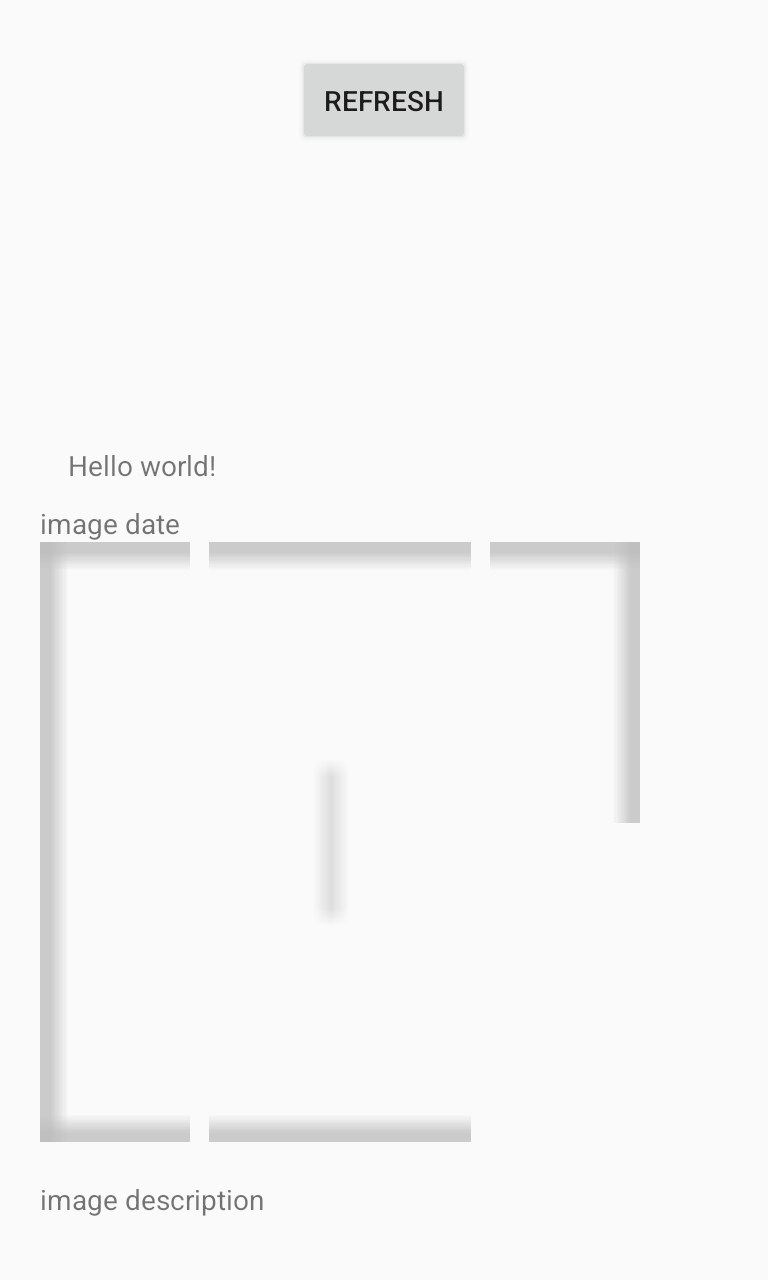
Repository: BaichaoLi/android
Layout: Nasa_E/res/layout/activity_main.xml
The author's editor kept a copy of each file at every save. The layout is drawn from the files as they stood at one save, then again after the next save.
It is drawn on a 768 x 1280 px phone screen (xhdpi) without system bars, with theme AppTheme; the app's code is not run.

Above is the layout before, as saved 2015-05-21 03:44:24.

After the next save:
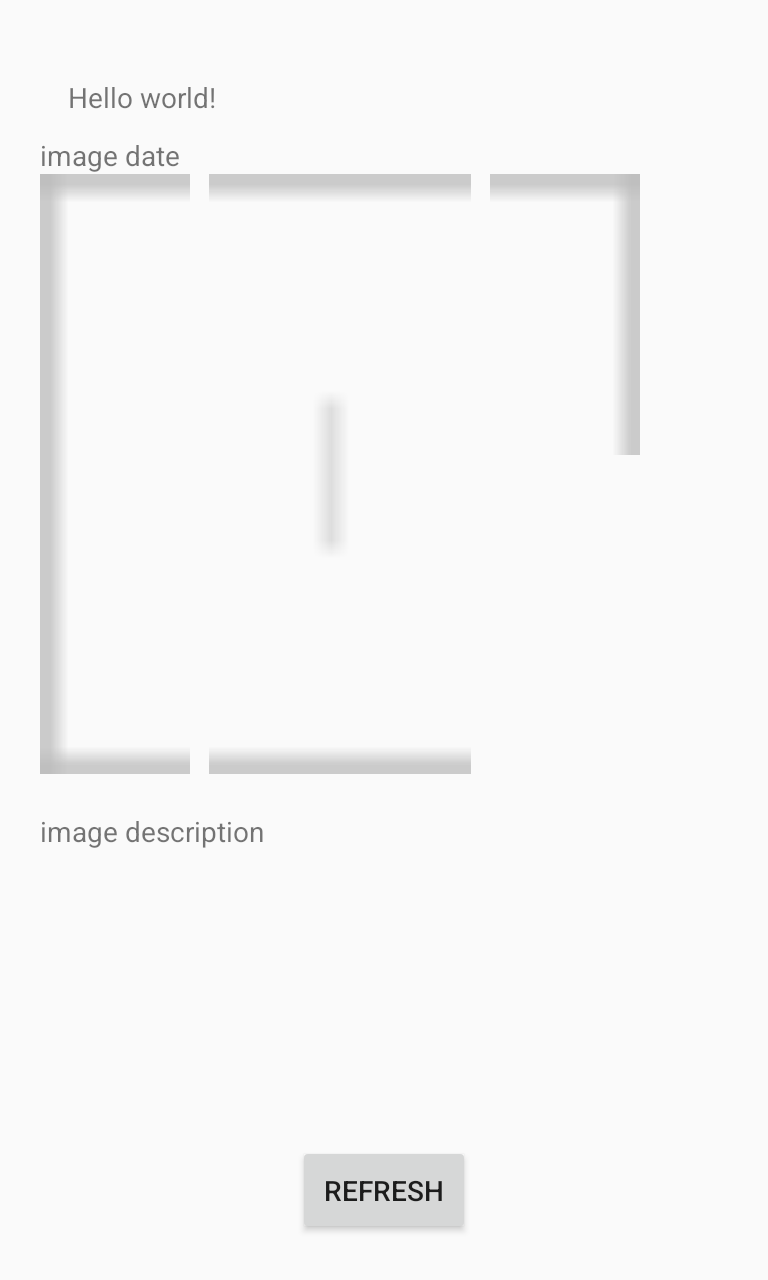
Saved 3 min 33 s later.
--- a/Nasa_E/res/layout/activity_main.xml
+++ b/Nasa_E/res/layout/activity_main.xml
@@ -8,82 +8,89 @@
     android:paddingTop="@dimen/activity_vertical_margin"
     tools:context="com.example.nasa_e.MainActivity" >
 
-    <ScrollView
-        android:id="@+id/scrollView1"
+    <LinearLayout xmlns:android="http://schemas.android.com/apk/res/android"
         android:layout_width="fill_parent"
-        android:layout_height="wrap_content"
-        android:layout_alignParentBottom="true"
-        android:layout_alignParentRight="true"
-        android:layout_marginBottom="15dp"
-        android:layout_marginRight="15dp"
-        android:layout_weight = '1' >
+        android:layout_height="fill_parent"
+        android:orientation="vertical" >
+
+	    <ScrollView
+	        android:id="@+id/scrollView1"
+	        android:layout_width="fill_parent"
+	        android:layout_height="wrap_content"
+	        android:layout_alignParentBottom="true"
+	        android:layout_alignParentRight="true"
+	        android:layout_marginBottom="15dp"
+	        android:layout_marginRight="15dp"
+	        android:layout_weight = '1' >
 
 
+		    <LinearLayout
+		        android:id="@+id/linearLayout1"
+		        android:layout_width="fill_parent"
+		        android:layout_height="wrap_content"
+		        android:layout_weight = '0'
+		        android:layout_alignBottom="@+id/scrollView1"
+		        android:layout_alignParentLeft="true"
+		        android:layout_alignParentTop="true"
+		        android:layout_alignRight="@+id/scrollView1"
+		        android:layout_marginLeft="4dp"
+		        android:layout_marginTop="4dp"
+		        android:orientation="vertical" >
+
+		        <TextView
+		            android:id="@+id/imageTitle"
+		            android:layout_width="wrap_content"
+		            android:layout_height="wrap_content"
+		            android:layout_marginLeft="14dp"
+		            android:layout_marginTop="19dp"
+		            android:layout_weight="2.33"
+		            android:text="@string/hello_world" />
+
+		        <TextView
+		            android:id="@+id/iamgeDate"
+		            android:layout_width="wrap_content"
+		            android:layout_height="wrap_content"
+		            android:layout_alignParentLeft="true"
+		            android:layout_marginTop="10dp"
+		            android:layout_weight="0.35"
+		            android:text="image date" />
+
+		        <ImageView
+		            android:id="@+id/imageView1"
+		            android:layout_height="wrap_content"
+		            android:layout_width="300dp"
+		            android:adjustViewBounds="true"
+		            android:layout_alignBottom="@+id/scrollView1"
+		            android:layout_alignRight="@+id/iamgeDescription"
+		            android:layout_weight="2.33"
+		            android:src="@drawable/abc_ab_share_pack_mtrl_alpha" />
+
+		        <TextView
+		            android:id="@+id/iamgeDescription"
+		            android:layout_width="wrap_content"
+		            android:layout_height="wrap_content"
+		            android:layout_alignParentLeft="true"
+		            android:layout_below="@+id/iamgeDate"
+		            android:layout_marginTop="19dp"
+		            android:layout_weight="2.33"
+		            android:text="image description" />
+		    </LinearLayout>
+	    </ScrollView>
+
 	    <LinearLayout
-	        android:id="@+id/linearLayout1"
+	        android:orientation="horizontal"
 	        android:layout_width="fill_parent"
 	        android:layout_height="wrap_content"
-	        android:layout_weight = '0'
-	        android:layout_alignBottom="@+id/scrollView1"
-	        android:layout_alignParentLeft="true"
-	        android:layout_alignParentTop="true"
-	        android:layout_alignRight="@+id/scrollView1"
-	        android:layout_marginLeft="4dp"
-	        android:layout_marginTop="4dp"
-	        android:orientation="vertical" >
+	        android:gravity="center"
+	        android:layout_marginTop="5dp"
+	        android:padding="5dp"
+	        >
+		    <Button
+		        android:text="@string/refresh"
+		        android:layout_width="wrap_content"
+		        android:layout_height="wrap_content" />
 
-	        <TextView
-	            android:id="@+id/imageTitle"
-	            android:layout_width="wrap_content"
-	            android:layout_height="wrap_content"
-	            android:layout_marginLeft="14dp"
-	            android:layout_marginTop="19dp"
-	            android:layout_weight="2.33"
-	            android:text="@string/hello_world" />
+	    </LinearLayout>
 
-	        <TextView
-	            android:id="@+id/iamgeDate"
-	            android:layout_width="wrap_content"
-	            android:layout_height="wrap_content"
-	            android:layout_alignParentLeft="true"
-	            android:layout_marginTop="10dp"
-	            android:layout_weight="0.35"
-	            android:text="image date" />
-
-	        <ImageView
-	            android:id="@+id/imageView1"
-	            android:layout_height="wrap_content"
-	            android:layout_width="300dp"
-	            android:adjustViewBounds="true"
-	            android:layout_alignBottom="@+id/scrollView1"
-	            android:layout_alignRight="@+id/iamgeDescription"
-	            android:layout_weight="2.33"
-	            android:src="@drawable/abc_ab_share_pack_mtrl_alpha" />
-
-	        <TextView
-	            android:id="@+id/iamgeDescription"
-	            android:layout_width="wrap_content"
-	            android:layout_height="wrap_content"
-	            android:layout_alignParentLeft="true"
-	            android:layout_below="@+id/iamgeDate"
-	            android:layout_marginTop="19dp"
-	            android:layout_weight="2.33"
-	            android:text="image description" />
-	    </LinearLayout>
-    </ScrollView>
-
-    <LinearLayout
-        android:orientation="horizontal"
-        android:layout_width="fill_parent"
-        android:layout_height="wrap_content"
-        android:gravity="center"
-        android:layout_marginTop="5dp"
-        android:padding="5dp"
-        >
-	    <Button
-	        android:text="@string/refresh"
-	        android:layout_width="wrap_content"
-	        android:layout_height="wrap_content" />
-
-    </LinearLayout>
+	</LinearLayout>
 </RelativeLayout>
